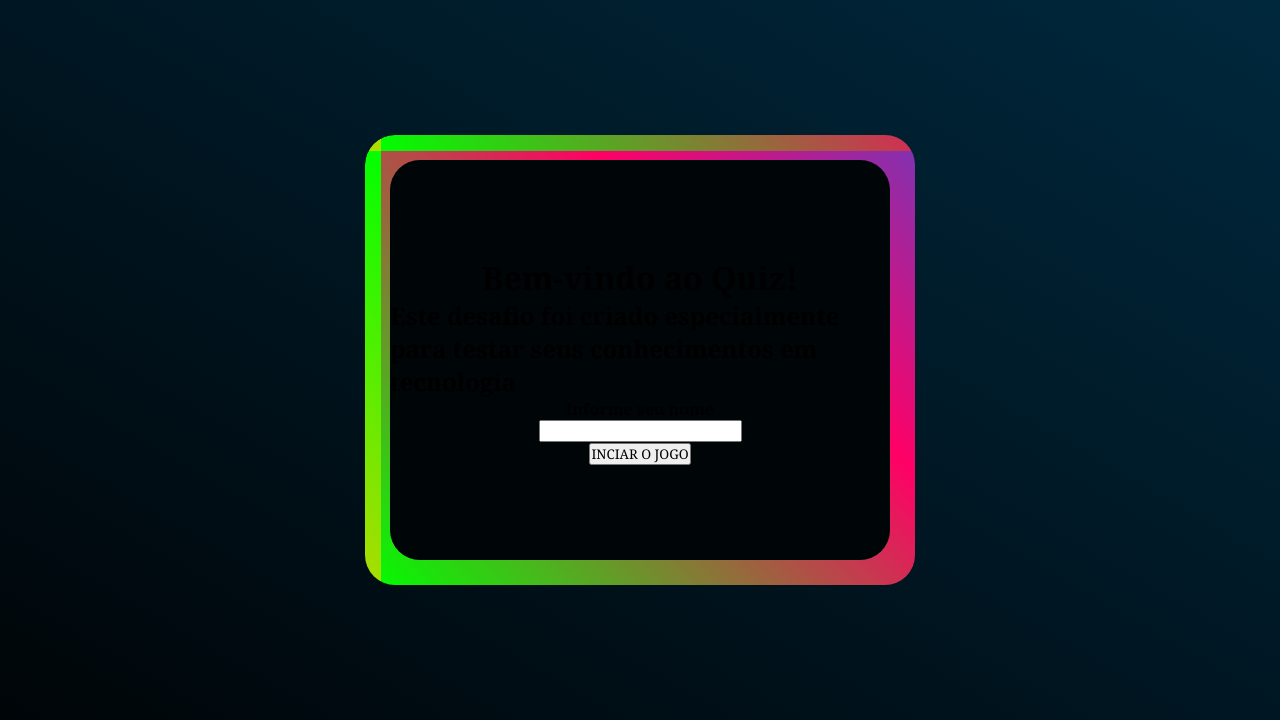
Repository: LaisSilvaO/Projeto-Quizz
Page: telas/apresentação.html
These files come from the project's save history. The page is drawn as it stood at one moment and after the next save; the edit follows.
The browser window is 1280 px wide. The pictures show the whole page.

Above is the page before, as saved 2024-12-25 19:49:53.

After the next save:
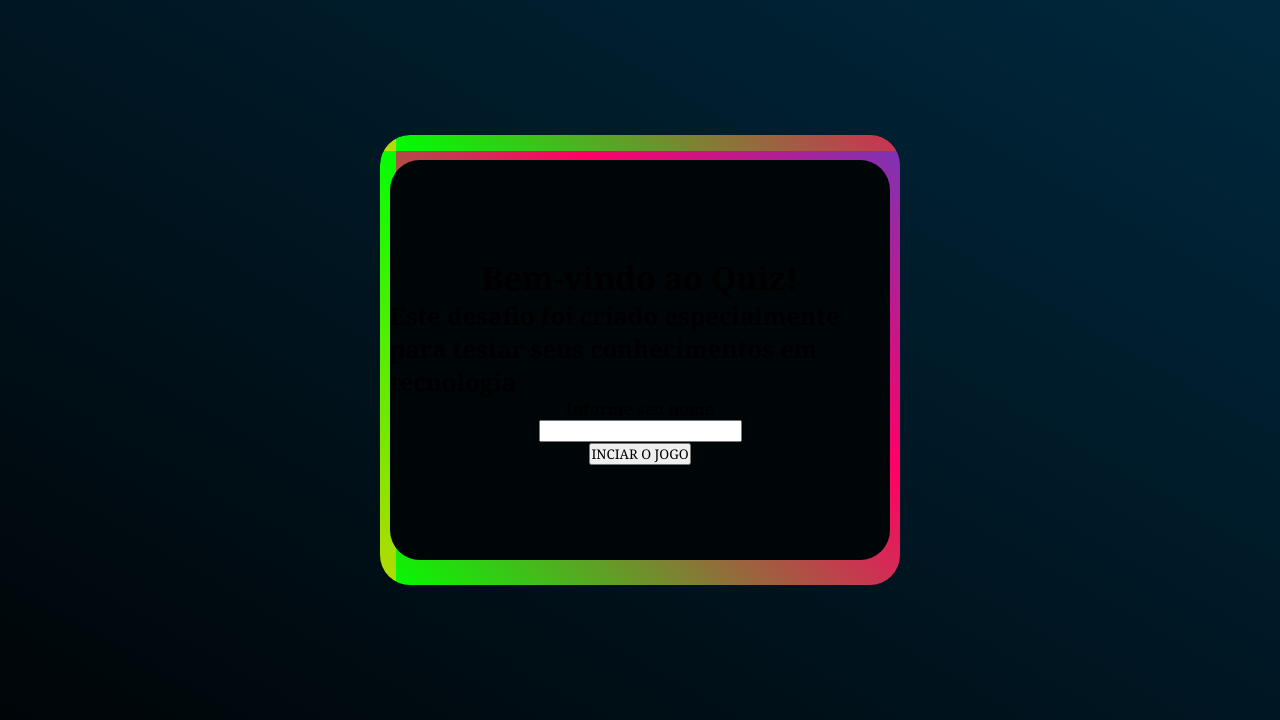
Saved 21 s later.
--- a/img/tela.css
+++ b/img/tela.css
@@ -27,7 +27,7 @@ main {
 
 .box1{
   position: relative;
-  width: 550px;
+  width: 520px;
   height: 450px;
 
   border-radius: 30px;
